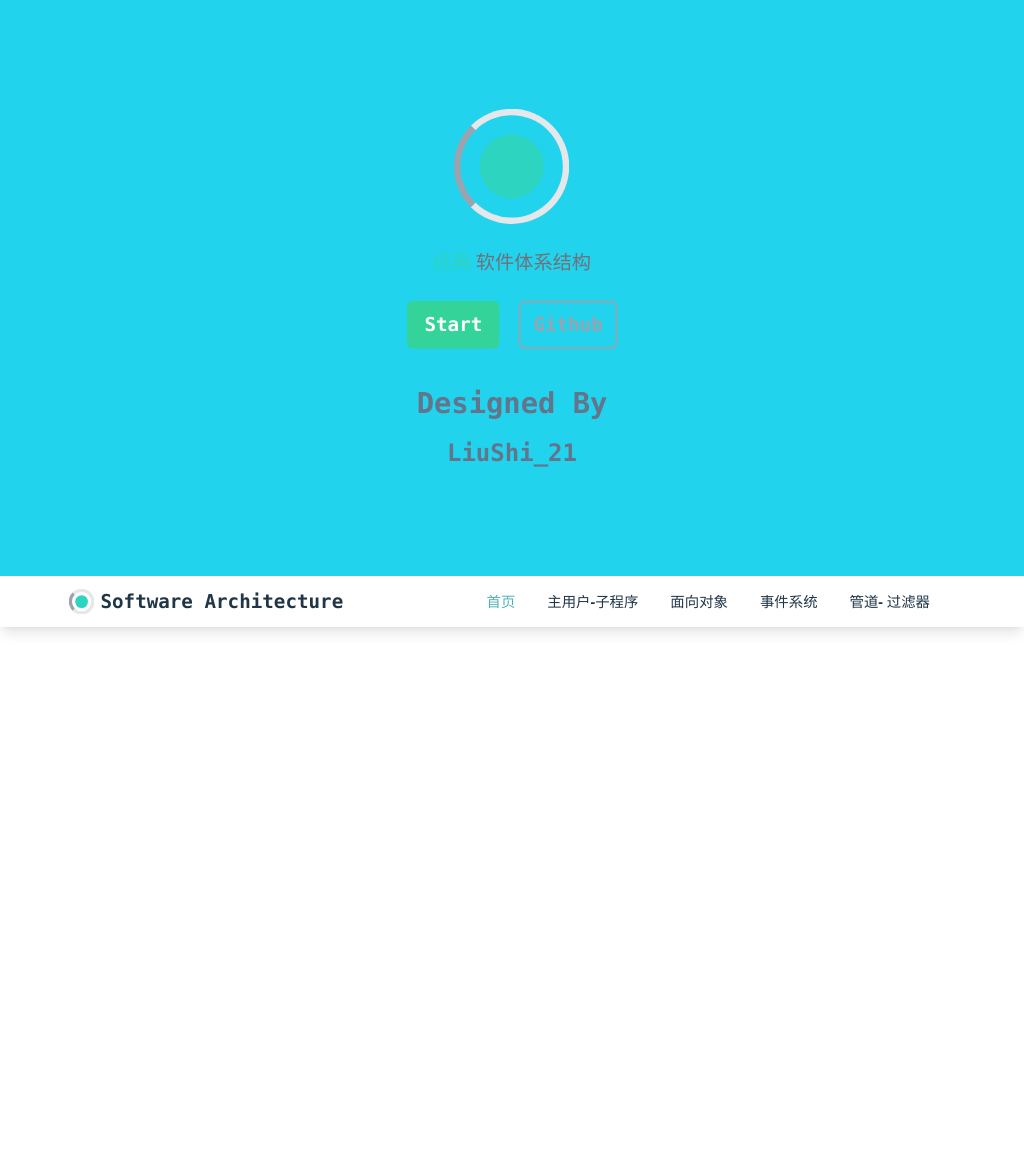
Repository: MarchRory/software_architecture_lab2
Page: / (app in lab2/)
An editor plug-in stored every save of this project. The page is shown before and after the next save, followed by the edit.
The browser window is 1280 px wide. The pictures show the whole page, at 80% of full size.
The project was rebuilt for these pictures with package versions that can differ from the ones it lists, and the page was loaded fresh each time. Also part of the build but not shown: lab2/vite.config.ts. Imported but missing from the stored project, and not drawn on this page: lab2/src/views/OOP/index.vue, lab2/src/views/PipFilter/index.vue, lab2/src/views/eventsSys/index.vue, lab2/src/views/mainChild/index.vue.

Above is the page before, as saved 2023-11-17 22:15:35.

### lab2/index.html
<!Doctype html>
<html lang="en">
  <head>
    <meta charset="UTF-8" />
    <link rel="icon" type="image/svg+xml" href="/vite.svg" />
    <meta name="viewport" content="width=device-width, initial-scale=1.0" />
    <title>经典软件体系结构</title>
  </head>
  <body>
    <div id="app"></div>
    <script type="module" src="/src/main.ts"></script>
  </body>
</html>

### lab2/src/main.ts
import { createApp } from 'vue'
import './style.css'
import './style/index.css'
import hljs from 'highlight.js/lib/core'
import 'highlight.js/styles/androidstudio.css'
import java from 'highlight.js/lib/languages/java'
import router from '@/router/index'
import pinia from '@/store/index'
import App from './App.vue'
import "tailwindcss/tailwind.css"
const vueApp = createApp(App)
hljs.registerLanguage('java', java)
// 高亮指令
vueApp.directive('highlight', (el) => {
    const blocks = el.querySelectorAll('pre code')
    blocks.forEach((block: any) => {
        hljs.highlightElement(block)
    })
})
vueApp.use(router).use(pinia).mount('#app')

### lab2/src/style.css
:root {
  font-family: Inter, system-ui, Avenir, Helvetica, Arial, sans-serif;
  line-height: 1.5;
  font-weight: 400;

  color-scheme: light dark;
  color: rgba(255, 255, 255, 0.87);
  background-color: #242424;

  font-synthesis: none;
  text-rendering: optimizeLegibility;
  -webkit-font-smoothing: antialiased;
  -moz-osx-font-smoothing: grayscale;
  -webkit-text-size-adjust: 100%;
}

a {
  font-weight: 500;
  color: #646cff;
  text-decoration: inherit;
}
a:hover {
  color: #535bf2;
}

body {
  margin: 0;
  display: flex;
  place-items: center;
  min-width: 320px;
  min-height: 100vh;
}

@media (prefers-color-scheme: light) {
  :root {
    color: #213547;
    background-color: #ffffff;
  }
  a:hover {
    color: #747bff;
  }
  button {
    background-color: #f9f9f9;
  }
}

### lab2/src/router/index.ts
import { createRouter, createWebHashHistory, RouteRecordRaw } from "vue-router";
export const routes: Array<RouteRecordRaw> = [
    {
        path: '/',
        name: 'hello',
        meta: {
            tabName: '主页'
        },
        component: () => import('@/layout/index.vue'),
        redirect: '/home',
        children: [
            {
                path: '/home',
                name: 'home',
                component: () => import('@/views/hello/index.vue'),
                meta: {
                    title: '首页'
                }
            }, {
                path: '/mainChild',
                name: 'mainChild',
                component: () => import('@/views/mainChild/index.vue'),
                meta: {
                    title: '主用户-子程序'
                }
            }, {
                path: '/OOP',
                name: "OOP",
                component: () => import('@/views/OOP/index.vue'),
                meta: {
                    title: '面向对象'
                }
            }, {
                path: '/eventSys',
                name: "eventSys",
                component: () => import("@/views/eventsSys/index.vue"),
                meta: {
                    title: '事件系统'
                }
            }, {
                path: '/pipFilter',
                name: "pipFilter",
                component: () => import('@/views/PipFilter/index.vue'),
                meta: {
                    title: "管道- 过滤器"
                }
            }
        ]
    },
]

const router = createRouter({
    history: createWebHashHistory(),
    routes
})

export default router

### lab2/src/store/index.ts
import { createPinia } from 'pinia';

const stores = createPinia();

export default stores;

### lab2/src/App.vue
<script setup lang="ts">
	import { defineAsyncComponent, ref } from 'vue';
	import { useRouter } from 'vue-router';
	const router = useRouter();
	const FELoad = ref(true);
	const FELoading = defineAsyncComponent(() => import('@/components/FELoading/index.vue'));
</script>

<template>
	<div id="app">
		<FELoading v-if="FELoad" />
		<router-view style="z-index: 999"></router-view>
	</div>
</template>

<style>
	#app {
		width: 100vw;
		height: 100vh;
	}
	::-webkit-scrollbar {
		width: 8px;
	}
	::-webkit-scrollbar-thumb {
		background-color: rgb(69, 199, 202);
		border-radius: 15px;
	}
	::-moz-scrollbar {
		width: 8px;
	}
	::-moz-scrollbar-thumb {
		background-color: rgb(69, 199, 202);
	}
</style>

### lab2/src/layout/index.vue
<script setup lang="ts">
	import { defineAsyncComponent } from 'vue';
	const Navbar = defineAsyncComponent(() => import('./navbar.vue'));
	const APPMain = defineAsyncComponent(() => import('./Main.vue'));
</script>

<template>
	<div class="flex flex-col items-center w-full h-full">
		<Navbar />
		<APPMain class="flex-1" />
	</div>
</template>

### lab2/src/views/hello/index.vue
<script setup lang="ts">
	import { useRouter } from 'vue-router';
	const router = useRouter();
	function enterPage() {
		router.push({
			path: '/mainChild',
		});
	}
</script>

<template>
	<div
		style="position: absolute; left: 50%; top: 50%; transform: translate(-50%, -50%)"
		class="flex flex-col items-center justify-around h-fit"
	>
		<div
			class="flex items-center justify-center mb-8 border-8 rounded-full w-36 h-36 border-l-gray-400"
		>
			<div class="w-20 h-20 bg-teal-400 rounded-full"></div>
		</div>
		<div class="mb-8 space-x-2 text-2xl font-bold text-zinc-500">
			<span class="text-teal-400">经典</span>
			软件体系结构
		</div>
		<div class="flex items-center justify-between" style="width: 110%">
			<div
				@click="enterPage"
				class="flex items-center justify-center px-5 py-3 font-mono text-2xl font-bold text-white border-2 border-transparent rounded-lg hover:cursor-pointer bg-emerald-400"
			>
				Start
			</div>
			<a
				href="https://github.com/MarchRory"
				target="_blank"
				class="flex items-center justify-center px-4 py-3 font-mono text-2xl font-bold text-gray-400 border-2 rounded-lg hover:cursor-pointer border-zinc-400 hover:text-gray-400"
			>
				Github
			</a>
		</div>

		<div class="flex flex-col justify-center mt-12 font-mono font-bold w-fit text-slate-500">
			<div class="text-4xl">Designed By</div>
			<br />
			<div style="margin: 0 auto" class="text-3xl">LiuShi_21</div>
		</div>
	</div>
</template>

<style scoped></style>

### lab2/src/components/FELoading/index.vue
<script setup lang="ts"></script>

<template>
	<div class="FE"></div>
</template>

<style scoped>
	.FE {
		@apply w-full h-full bg-cyan-400;
	}
</style>

### lab2/src/layout/navbar.vue
<script setup lang="ts">
	import { useRouter, useRoute, RouteRecordRaw } from 'vue-router';
	import { routes } from '@/router';
	import { ref } from 'vue';
	const router = useRouter();
	const route = useRoute();
	const Navlist = ref();
	function initNav() {
		Navlist.value = routes[0].children?.map((route: RouteRecordRaw) => {
			return {
				path: route.path,
				title: route?.meta.title,
			};
		});
	}
	initNav();
	function switchTab(path: string) {
		router.push({
			path: path,
		});
	}
</script>

<template>
	<div class="flex items-center justify-around w-full h-16 shadow-lg">
		<ul class="flex items-center justify-start list-none">
			<li class="flex items-center justify-center w-8 h-8 border-4 rounded-full border-l-gray-400">
				<div class="w-4 h-4 bg-teal-400 rounded-full"></div>
			</li>
			<li class="font-mono text-2xl navFont">Software Architecture</li>
		</ul>
		<ul class="flex min-w-fit">
			<li
				@click="switchTab(navItem.path)"
				class="mr-8 font-sans text-lg transition-all navFont hover:cursor-pointer"
				:class="[route.path == navItem.path ? 'active' : '']"
				v-for="(navItem, index) in Navlist"
				:key="index"
			>
				{{ navItem.title }}
			</li>
		</ul>
	</div>
</template>

<style scoped>
	.navFont {
		@apply ml-2 font-bold;
	}
	.active {
		color: rgb(80, 178, 178);
	}
	/* 	.active::before {
		display: block;
		content: '';
		position: absolute;
		width: 12px;
		height: 12px;
		border-radius: 50%;
		background-color: rgb(80, 178, 178);
		transform: translate(100%, 50%);
	} */
</style>

### lab2/src/layout/Main.vue
<script setup lang="ts">
	import { nextTick, ref, watch } from 'vue';
	import { useScrollStore } from '@/store/modules/scroll/index';
	import { useScroll } from '@/hooks/useScroll';
	import router from '@/router';
	const scrollStore = useScrollStore();
	scrollStore.init();
	const main = ref<HTMLDivElement>();
	const { pageScroll } = useScroll();
	router.beforeEach((to, from, next) => {
		pageScroll.value = 0;
		if (main.value) {
			scrollStore.update(from.fullPath, main.value.scrollTop);
			next();
		}
	});
	router.afterEach((to, from) => {
		nextTick(() => {
			if (main.value) {
				main.value.scrollTop = scrollStore.useScroll(to.fullPath) as number;
			}
		});
	});
	watch(
		() => pageScroll.value,
		(newV) => {
			let scrollTopTo = newV;
			if (main.value)
				main.value.scrollTo({ top: scrollTopTo > 0 ? scrollTopTo : 0, behavior: 'smooth' });
		},
	);
</script>

<template>
	<div class="w-full h-auto px-56 pt-4 overflow-auto" ref="main">
		<router-view v-slot="{ Component }">
			<keep-alive>
				<component :is="Component" />
			</keep-alive>
		</router-view>
	</div>
</template>

### lab2/src/store/modules/scroll/index.ts
import { defineStore } from "pinia";
import { routes } from "@/router";
import { RouteRecordRaw } from "vue-router";
interface ScrollType {
    scrollMap: Map<string, number>
}
export const useScrollStore = defineStore('useScrollStore', {
    state: (): ScrollType => {
        return {
            scrollMap: new Map()
        }
    },
    actions: {
        init(): void {
            const paths = routes[0].children?.map((route: RouteRecordRaw) => {
                return {
                    path: route.path,
                };
            });
            paths?.forEach((item, index) => {
                this.scrollMap.set(item.path, 0)
            })
        },
        update(routePath: string, scrollTop: number): void {
            this.scrollMap.set(routePath, scrollTop)
        },
        useScroll(routePath: string): number | undefined {
            return this.scrollMap.get(routePath)
        }
    }
})

### lab2/src/hooks/useScroll.ts

import { ComponentInternalInstance, getCurrentInstance, ref } from 'vue'
const pageScroll = ref(0)
export const useScroll = () => {
    return {
        pageScroll
    }
}

Loaded but not shown: lab2/src/style/index.css (common file); lab2/tailwind.config.js (common file)

After the next save:
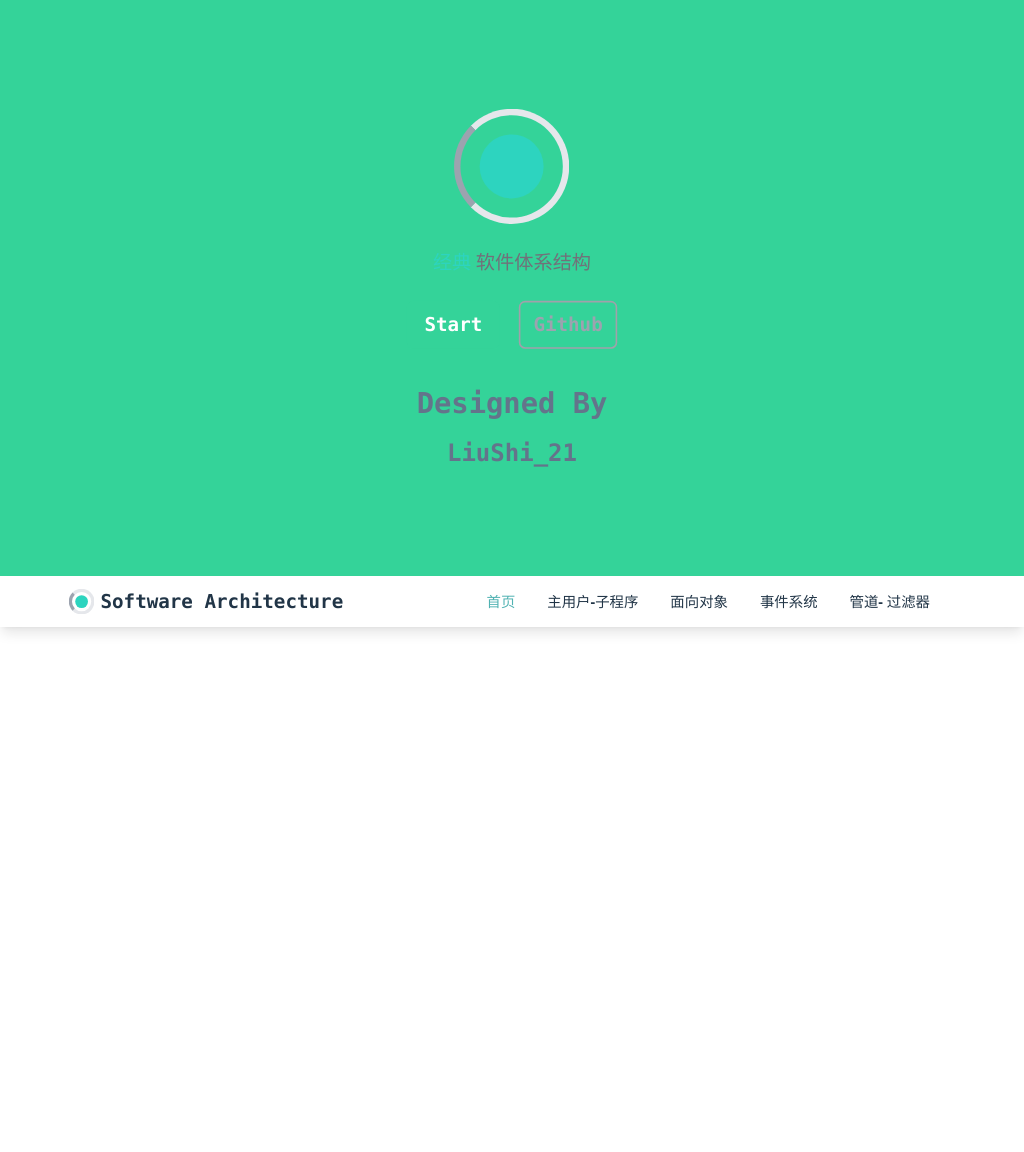
Saved 56 s later.
--- a/lab2/src/components/FELoading/index.vue
+++ b/lab2/src/components/FELoading/index.vue
@@ -6,6 +6,6 @@
 
 <style scoped>
 	.FE {
-		@apply w-full h-full bg-cyan-400;
+		@apply w-full h-full bg-emerald-400;
 	}
 </style>
